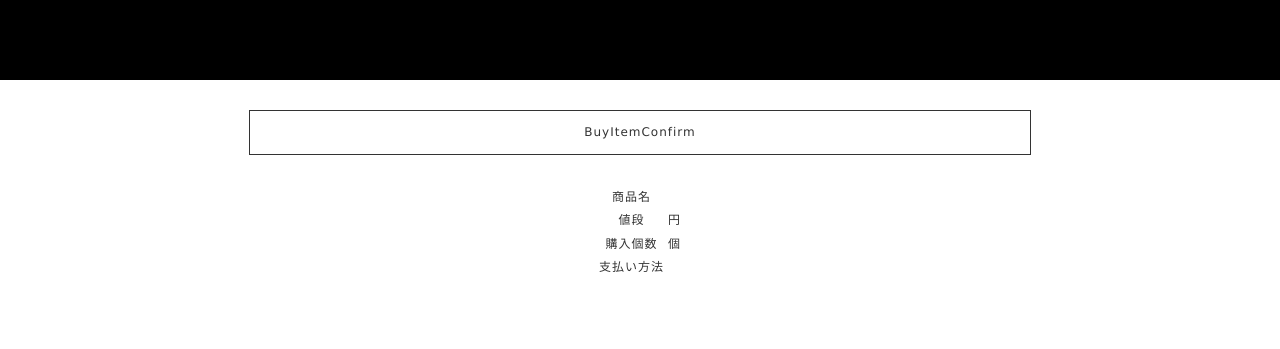
Repository: cha-git/ecsite
Page: http://localhost/template/buyItemConfirm.jsp
An editor plug-in stored every save of this project. The page is shown before and after the next save, followed by the edit.
The browser window is 1280 px wide. The pictures show the whole page.
The page is served by Tomcat 9. Other server files are loaded and not shown.

Above is the page before, as saved 2018-12-26 10:46:08.

### template/WebContent/buyItemConfirm.jsp
<%@ page language="java" contentType="text/html; charset=UTF-8"
    pageEncoding="UTF-8"%>
<%@ taglib prefix="s" uri="/struts-tags" %>
<!DOCTYPE html>
<html>
<head>
	<meta http-equiv="Content-Type" content="text/html; charset=UTF-8" />
	<meta http-equiv="Content-Style-Type" content="text/css" />
	<meta http-equiv="Content-Script-Type" content="text/javascrpit" />
	<meta http-equiv="imagetoolbar" content="no" />
	<meta name="description" content="" />
	<meta name="keywords" content="" />
	<title>buyItemConfirm画面</title>

	<style type="text/css">
	/* ========TAG LAYOUT======== */
	body {
		margin:0;
		padding:0;
		line-height:1.6;
		letter-spacing:1px;
		font-family:Verdana, Helvetica, sans-serif;
		font-size:12px;
		color:#333;
		background:#fff;
	}

	table {
		text-align:center;
		margin:0 auto;
	}
	/* ========ID LAYOUT======== */
	#top {
		width:780px;
		margin:30px auto;
		border:1px solid #333;
	}

	#header {
		width:100%;
		height:80px;
		background-color:black;
	}

	#main {
		width:100%;
		height:500px;
		text-align:center;
	}

	#footer {
		width:100%;
		height:80px;
		background-color:black;
		clear:both;
	}
	</style>
</head>
<body>
	<div id="header">
		<div id="pr">
		</div>
	</div>
	<div id="main">
		<div id="top">
			<p>BuyItemConfirm</p>
		</div>
		<div>
			<s:form action="BuyItemConfirmAction">
			<table>
				<tr>
					<td>商品名</td>
					<td><s:property value="session.buyItem_name" /></td>
				</tr>
				<tr>
					<td>値段</td>
					<td>
						<s:property value="session.buyItem_price" />
						<span>円</span>
					</td>
				</tr>
				<tr>
					<td>購入個数</td>
					<td>
						<s:property value="session.stock" />
						<span>個</span>
					</td>
				</tr>
				<tr>
					<td>支払い方法</td>
					<td><s:property value="sesison.pay" /></td>
				</tr>
			</table>
			</s:form>
		</div>
	</div>
</body>
</html>

After the next save:
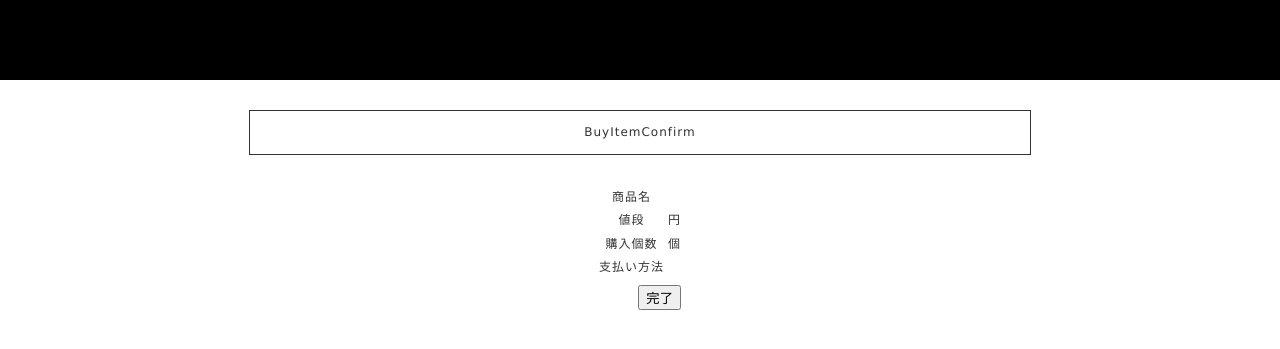
Saved 31 s later.
--- a/template/WebContent/buyItemConfirm.jsp
+++ b/template/WebContent/buyItemConfirm.jsp
@@ -90,6 +90,9 @@
 					<td>支払い方法</td>
 					<td><s:property value="sesison.pay" /></td>
 				</tr>
+				<tr>
+					<td><s:submit value="完了" /></td>
+				</tr>
 			</table>
 			</s:form>
 		</div>
